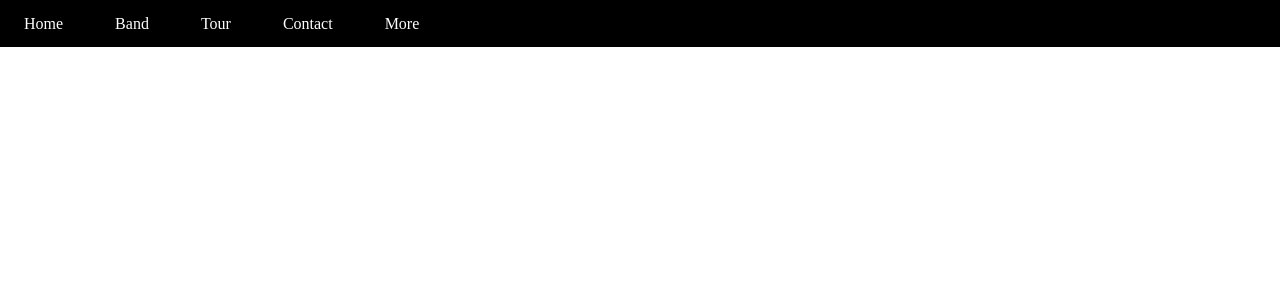
Repository: Dino0411/Dino0411.github.io
Page: index.html
An editor plug-in stored every save of this project. The page is shown before and after the next save, followed by the edit.
The browser window is 1280 px wide. The pictures show the whole page.

Above is the page before, as saved 2021-10-03 18:18:58.

After the next save:
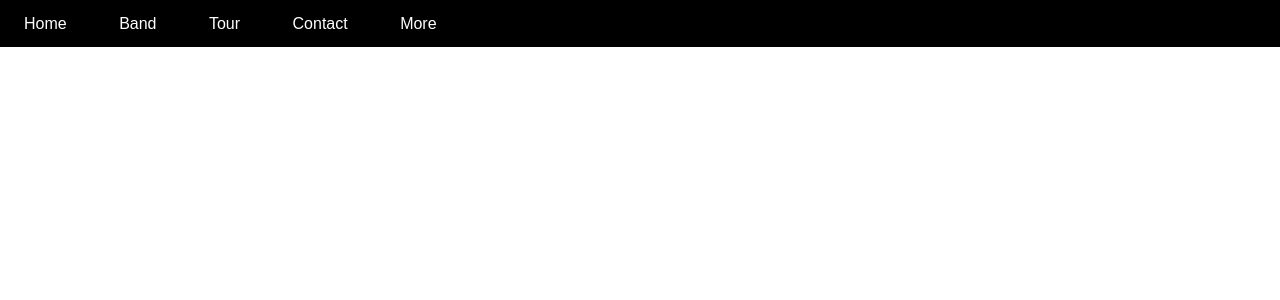
Saved 86 s later.
--- a/assets/css/style.css
+++ b/assets/css/style.css
@@ -8,7 +8,7 @@
 }
 
 html {
-  font-family: cursive;
+  font-family: Arial, Helvetica, sans-serif;
 }
 /* TODO:start
 TODO: từ ngoài vào trong

After the save that followed:
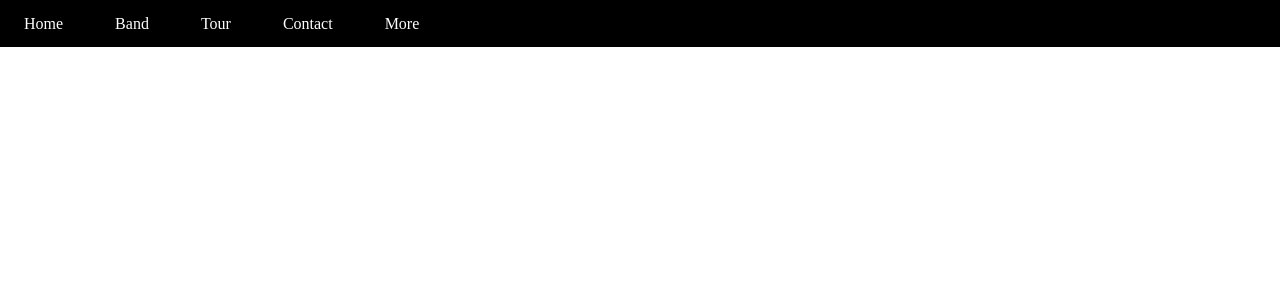
Saved 44 s later.
--- a/assets/css/style.css
+++ b/assets/css/style.css
@@ -8,7 +8,7 @@
 }
 
 html {
-  font-family: Arial, Helvetica, sans-serif;
+  font-family: cursive;
 }
 /* TODO:start
 TODO: từ ngoài vào trong
